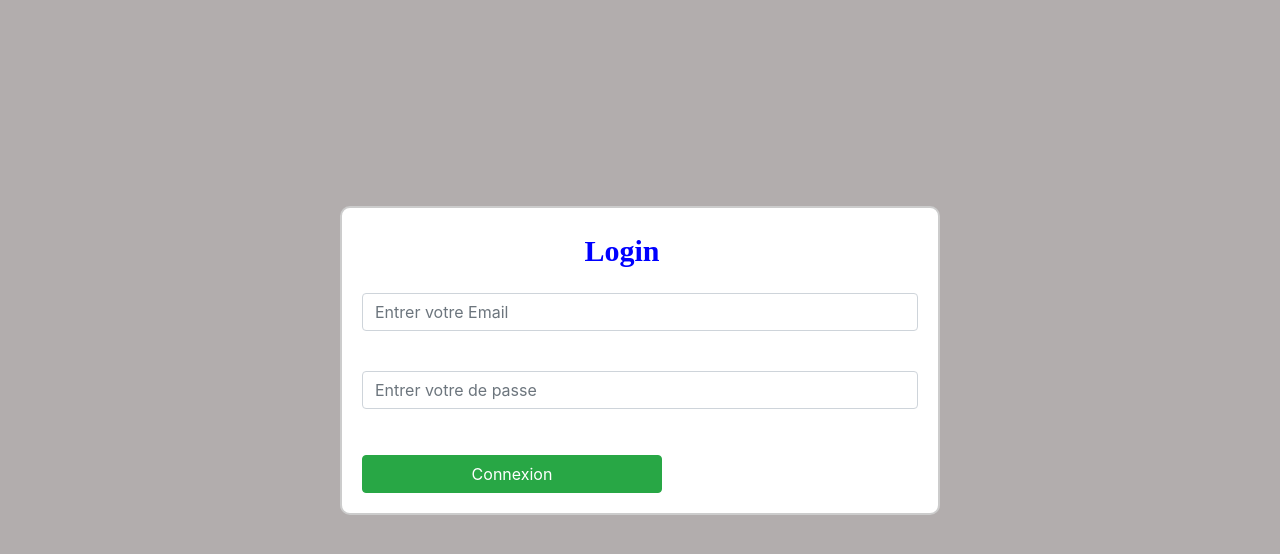
Repository: DiaryRz/FrontWeb
Page: /
The author's editor kept a copy of each file at every save. The page is drawn from the files as they stood at one save, then again after a run of saves.
The browser window is 1280 px wide. The pictures show the whole page.
The project was rebuilt for these pictures with package versions that can differ from the ones it lists, and the page was loaded fresh each time. Also part of the build but not shown: src/component/css/Header.css, src/component/Header.jsx, src/page/css/AppAffichage.css, src/component/css/NavBar.css, src/component/NavBar.jsx, src/component/css/Model.css, src/component/InsertModel.jsx, src/page/AppAffichage.jsx and 26 more.

Above is the page before, as saved 2024-01-28 21:05:57.

After the next 8 saves:
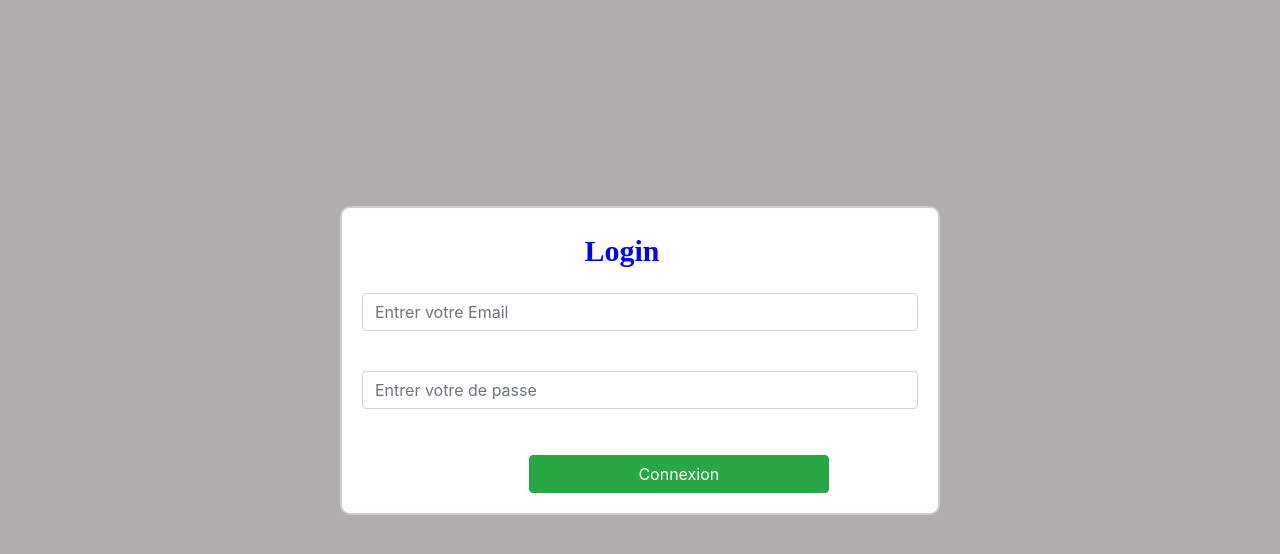
The 8 saves are shown as one change because they came seconds apart.
The last was saved 51 s later.
--- a/src/component/Login.js
+++ b/src/component/Login.js
@@ -64,7 +64,7 @@ const Login = () => {
                         <div className="mb-3" style={{marginTop:'40px'}}>
                             <input type="password" className="form-control" placeholder="Entrer votre de passe" value={mdp} onChange={(e) => setmdp(e.target.value)} />
                         </div>
-                        <button type="submit" className="btn btn-success" style={{width:'300px',marginTop:'30px'}}>
+                        <button type="submit" className="btn btn-success" style={{width:'300px',marginTop:'30px',marginLeft:'30%'}}>
                             Connexion
                         </button>
                     </form>
